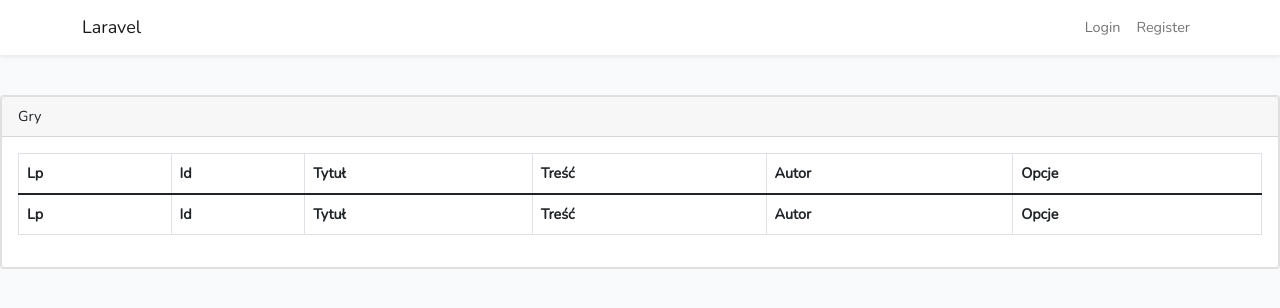
Repository: Abuziarova/grupa_rbr
Page: http://localhost/
An editor plug-in stored every save of this project. The page is shown before and after the next save, followed by the edit.
The browser window is 1280 px wide. The pictures show the whole page.
The page is served by the project's Laravel application, run on PHP 8.4 with Laravel 8. Queries for data that is not in the repository find no rows.

Above is the page before, as saved 2022-01-29 19:49:06.

After the next save:
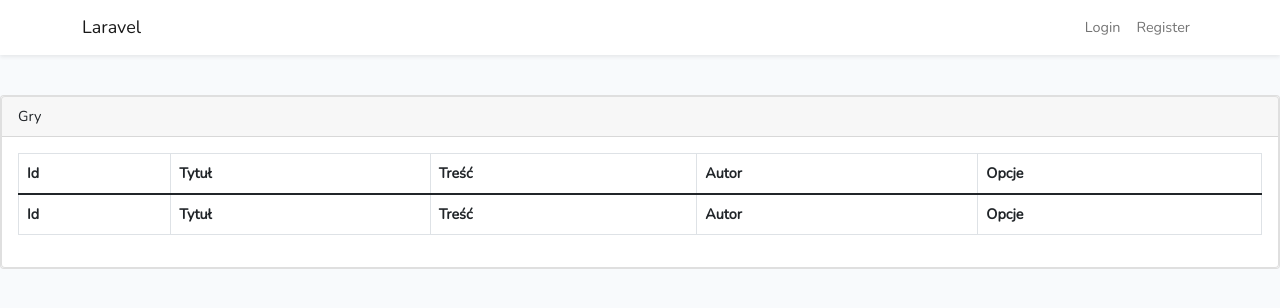
Saved 64 s later.
--- a/resources/views/posts.blade.php
+++ b/resources/views/posts.blade.php
@@ -10,7 +10,6 @@
                     <table class="table table-bordered" id="dataTable" width="100%" cellspacing="0">
                         <thead>
                             <tr>
-                                <th>Lp</th>
                                 <th>Id</th>
                                 <th>Tytuł</th>
                                 <th>Treść</th>
@@ -20,7 +19,6 @@
                         </thead>
                         <tfoot>
                             <tr>
-                                <th>Lp</th>
                                 <th>Id</th>
                                 <th>Tytuł</th>
                                 <th>Treść</th>
@@ -31,7 +29,6 @@
                         <tbody>
                             @foreach ($posts ?? [] as $post)
                                 <tr>
-                                    <td>{{ $loop->iteration }}</td>
                                     <td>{{ $post->id }}</td>
                                     <td>{{ $post->title }}</td>
                                     <td>{{ $post->content }}</td>
